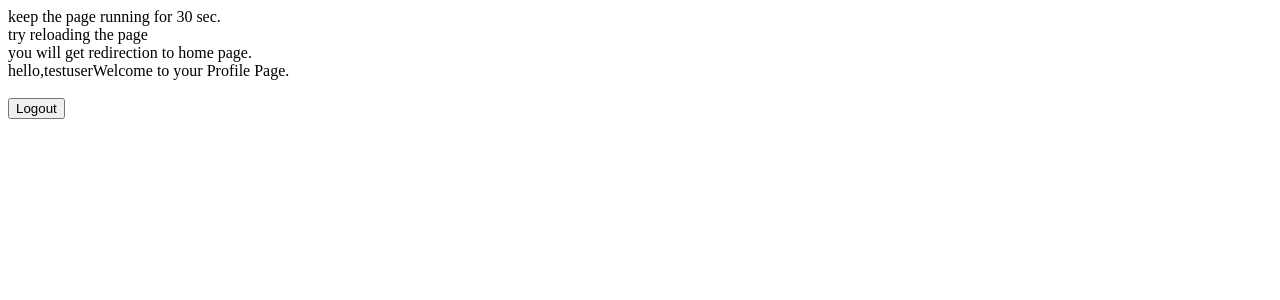
Repository: avishi14/Java_Practise
Page: http://localhost/HiddenFormField/Home.jsp
An editor plug-in stored every save of this project. The page is shown before and after the next save, followed by the edit.
The browser window is 1280 px wide. The pictures show the whole page.
The page is served by Tomcat 9. The session is filled in as if someone had signed in: {"user": "testuser"}. Other server files are loaded and not shown.

Above is the page before, as saved 2019-09-05 09:01:53.

### webApplication/HiddenFormField/WebContent/Home.jsp
<%@ page language="java" contentType="text/html; charset=ISO-8859-1"
    pageEncoding="ISO-8859-1"%>
<!DOCTYPE html>
<html>
<head>
<meta charset="ISO-8859-1">
<title>Insert title here</title>
</head>
<body>
keep  the page running for 30 sec.
<br> try reloading the page
<br> you will get redirection to home page.
<br>
<%
if(session!=null){
	if(session.getAttribute("user")!=null){
		String name =(String) session.getAttribute("user");
		out.print("hello," + name + "Welcome to your Profile Page.");
	}
	else {
		response.sendRedirect("Login.html");
	}
}
%>
<br>
<br>
<form action="LogoutController" method="post">
<input type="submit" value="Logout">
</form>
</body>
</html>

After the next save:
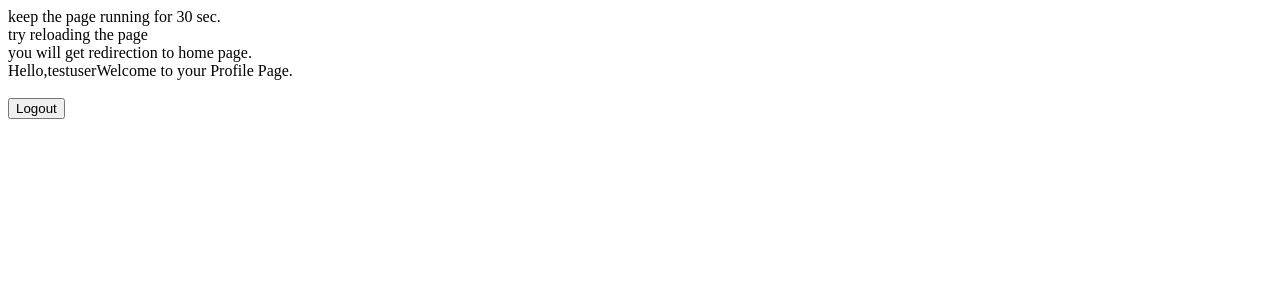
Saved 58 s later.
--- a/webApplication/HiddenFormField/WebContent/Home.jsp
+++ b/webApplication/HiddenFormField/WebContent/Home.jsp
@@ -15,7 +15,7 @@ keep  the page running for 30 sec.
 if(session!=null){
 	if(session.getAttribute("user")!=null){
 		String name =(String) session.getAttribute("user");
-		out.print("hello," + name + "Welcome to your Profile Page.");
+		out.print("Hello," + name + "Welcome to your Profile Page.");
 	}
 	else {
 		response.sendRedirect("Login.html");
